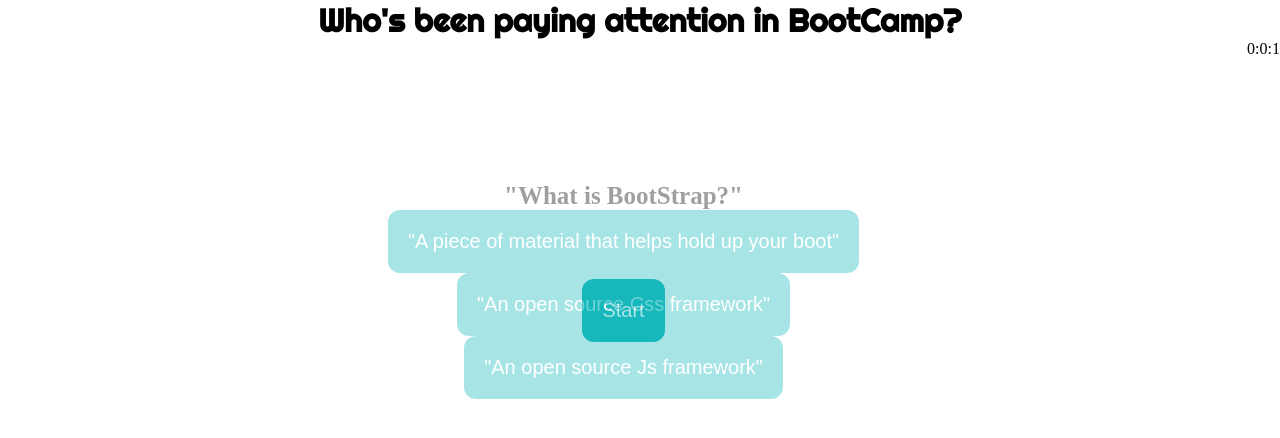
Repository: kkyler24/Quizlet
Page: Quiz.html
The author's editor kept a copy of each file at every save. The page is drawn from the files as they stood at one save, then again after the next save.
The browser window is 1280 px wide. The pictures show the whole page.
After loading, the first visible `input.startButton` was clicked once.
Some web libraries are served in a nearby version.

Above is the page before, as saved 2020-03-16 01:10:02.

### Quiz.html
<!DOCTYPE html>

<html lang="en">

<head>
    <meta charset="UTF-8">
    <meta name="viewport" content="width=device-width, initial-scale=1.0">

    <!-- font family -->
    <link href="https://fonts.googleapis.com/css2?family=Righteous&display=swap" rel="stylesheet">

    <!-- Popper -->
    <script src="https://cdnjs.cloudflare.com/ajax/libs/popper.js/1.12.9/umd/popper.min.js"
        integrity="sha384-ApNbgh9B+Y1QKtv3Rn7W3mgPxhU9K/ScQsAP7hUibX39j7fakFPskvXusvfa0b4Q"
        crossorigin="anonymous"></script>
    <!-- Myfiles -->
    <link rel="stylesheet" type="text/css" href="DevOpsFiles/Style.css">
    <title>Quiz it</title>
</head>

<header>Who's been paying attention in BootCamp?</header>

<!-- Quiz Design -->

<body>

    <div class="time"></div>
    <Div class="flex-container">
        <div id="startB">
            <input type="button" class="startButton" value="Start"/>
        </div>
        <div id="questionBoxOne" class="row" style="display: none;">
            <div class="col-md-6 col-sm-3 questionDiv">
                "What is BootStrap?"
                <div class="col-8 col-sm-6 answerA">
                    <button type="button" class="button">"A piece of material that helps hold up your
                        boot"
                    </button>
                </div>
                <div class="col-8 col-sm-6 answerA correct">
                    <button type="button" class="button">"An open source Css
                        framework"</button>
                </div>
                <div class="col-8 col-sm-6 answerA">
                    <button type="button" class="button">"An open source Js framework"</button>
                </div>
            </div>
        </div>

        <div id="questionBoxTwo" class="row" style="display: none;">
            <div class="col-md-6 col-sm-3 questionDiv">
                "Javascript is to muscles as HTML is to...?"
            </div>
                <div class="col-8 col-sm-6 answerB correct">
                    <button type="button" class="button"> IceCream"</button>
                </div>
                <div class="col-8 col-sm-6 answerB">
                    <button type="button" class="button">"Skin"</button>
                </div>
                <div class="col-8 col-sm-6 answerB">
                    <button type="button" class="button">"Skeleton"</button>
                </div>
            </div>


        <div id="questionBoxThree" class="row" style="display: none;">
            <div class="col-md-6 col-sm-3 questionDiv">
                "What does HTML stand for?"
                <div class="row">

                    <div class="col-8 col-sm-6 answerC">
                        <button type="button" class="button">"Home Tools Mark-up language" </button>

                        <div class="col-8 col-sm-6 answerC">
                            <button type="button" class="button"> "Hyper-text Mark down language "</button>

                            <div class="col-8 col-sm-6 answerC">
                                <button type="button" class="button">"Hyper-text Mark up language
                                    "</button>
                            </div>
                        </div>
                    </div>
                </div>
            </div>
        </div>

        <div id="questionBoxFour" class="row" style="display: none;">
            <div class="col-md-6 col-sm-3 questionDiv">
                "What is BootStrap?"
                <div class="row">

                    <div class="col-8 col-sm-6 answerD">
                        <button type="button" class="button">"A piece of material that helps hold
                            up your boot" </button>

                        <div class="col-8 col-sm-6 answerD">
                            <button type="button" class="button">"An open source Css
                                framework"</button>

                            <div class="col-8 col-sm-6 answerD">
                                <button id="D" type="button" class="button">"An open source Js
                                    framework"</button>
                            </div>
                        </div>
                    </div>
                </div>
            </div>
        </div>
    </Div>

    <script src="https://code.jquery.com/jquery-3.4.1.js"></script>
    <script src="DevOpsFiles/Java.js"></script>
</body>

</html>

### DevOpsFiles/Style.css
body{
    margin: auto;
    text-align: center;
    background-image: image();
  }

.flex-container {
    display: flex;
    height: 500px;
    justify-content: center;
    align-items: center;
    flex-direction: column;
  }

header{
font-family: "Righteous", cursive;
font-size: xx-large;
font-weight: bolder;

  }

#secLeft {
  position: absolute;
  top: 0.1%;
  display: block;
}

#questionBoxOne {
  position: absolute;

}

#questionBoxTwo {
  position: absolute;

}

#questionBoxThree {
  position: absolute;

}

#questionBoxFour {
  position: absolute;

}
.questionDiv{
  font-size: 25px;
  font-weight: bold;

}

.button{
background-color: rgb(22, 184, 187);
padding: 20px;
border-radius: 12px;
border: none;
color: white;
font-family:Arial, Helvetica, sans-serif;
font-size: 20PX;
}

.time{
  float: right;
  height: 100px;
  text-align: center;
}

.startButton{
  text-align: center;
  margin-top: 50%;
  background-color: rgb(22, 184, 187);
padding: 20px;
border-radius: 12px;
border: none;
color: white;
font-family:Arial, Helvetica, sans-serif;
font-size: 20PX;
}

### DevOpsFiles/Java.js

// record start time
var startTime;
function display() {
    // later record end time
    var endTime = new Date();

    // time difference in ms
    var timeDiff = endTime - startTime;

    // strip the miliseconds
    timeDiff /= 1000;

    // get seconds
    var seconds = Math.floor(timeDiff % 60);

    // remove seconds from the date
    timeDiff = Math.floor(timeDiff / 60);

    // get minutes
    var minutes = Math.round(timeDiff % 60);

    // remove minutes from the date
    timeDiff = Math.floor(timeDiff / 60);

    // get hours
    var hours = Math.round(timeDiff % 24);

    // remove hours from the date
    timeDiff = Math.floor(timeDiff / 24);

    // the rest of timeDiff is number of days
    var days = timeDiff;

    $(".time").text(hours + ":" + minutes + ":" + seconds);
    setTimeout(display, 1000);
}

$(".startButton").click(function () {
    startTime = new Date();
    setTimeout(display, 1000);
});


//   function stopTimer() {
//     secondsElapsed = 0;
//     formatTime();
//   }
//   function startTimer() {
//     if (totalSeconds > 0) {
//       secondsElapsed = 0;
//       timer = setInterval(function () {
//         secondsElapsed++;
//         formatTime();
//       }, 1000);
//     }
//     formatTime();
//   }
// };

// ---Score Code---
var totalScore = [];

function getSum(total, num) {
  return total + Math(num);
}
function myFunction(item) {
  document.getElementById("stats").innerHTML = totalScore.reduce(getSum, 0);
}



// Questions Object
var Quests = [
  {
    Q1: {
      Question: "What is BootStrap?",
      answers: ["A piece of material that helps hold up your boot", "An open source Css framework", "An open source JS framework"],
      answersCorrect: [1]

    },

    Q2: {
      Question: "HTML is to Skeleton as Javascript is to...?",
      answers: ["Muscles", "Skin", "Coffee"],
      answersCorrect: [0]
    },

    Q3: {
      Question: "What does HTML stand for?",
      answers: ["A piece of material that helps hold up your boot", "An open source Css framework", "An open source JS framework"],
      answersCorrect: [3]
    },

    Q4: {
      Question: "What is BootStrap?",
      answers: ["A piece of material that helps hold up your boot", "An open source Css framework", "An open source JS framework"],
      answersCorrect: [2]
    }
  }];


// -->Get faded code<--
$(".button").on("click", function () {
  $(".startButton").fadeout(1000, function () {
    $(this).remove();
  })
});

$(".startButton").on("click", function () {
  $("#questionBoxOne").fadeIn(3600, function () {
  })
});

$(".answerA").on("click", function () {
  $("#questionBoxOne").fadeOut(2500, function () {
    $(this).remove();
  })
});

$(".answerA").on("click", function () {
  $("#questionBoxTwo").fadeIn(3600, function () {
  })
});

$('.answerB').on('click', function () {
  $("#questionBoxTwo").fadeOut(2500, function () {
    $(this).remove();
  })
});

$(".answerB").on("click", function () {
  $("#questionBoxThree").fadeIn(3600, function () {

  })
});

$('.answerC').on('click', function () {
  $("#questionBoxThree").fadeOut(2500, function () {
    $(this).remove();
  })
});

$(".answerC").on("click", function () {
  $("#questionBoxFour").fadeIn(3500, function () {
  })
});

$('.answerD').on('click', function () {
  $("#questionBoxFour").fadeOut(2500, function () {
    $(this).remove();
  })
});

$(".answerD").on("click", function () {
    $("#stats").slideDown(3500, function () {
    })
  });

//
// var aBBox = document.getElementsByClassName("col-8 col-sm-6 answerB");
// aBBox.


// done.addEventListener("event", function(){
// $(".answerb").on("event", function(){
//   $("#questionBoxTwo").fadeOut(2000,function(){
//     $(this).remove();
// })});



//
// $("#questionBoxTwo").fadeIn(1000,function())

// fade in after (this).remove has been completed
// var buttonCheck = document.getElementsByClassName("button");
// var totalScore = "";

// button listener



// Check the buttons for correct class
// // for ( var i = 0; i > flex-container.lenght; i++) {
// //   $("button").on("click", function(){
// //     if (buttonCheck.click === button.correct){
// //         totalScore = totalScore + 25;
// //     }
// //     else {secondsElapsed + 1500};
//   }
// )}

After the next save:
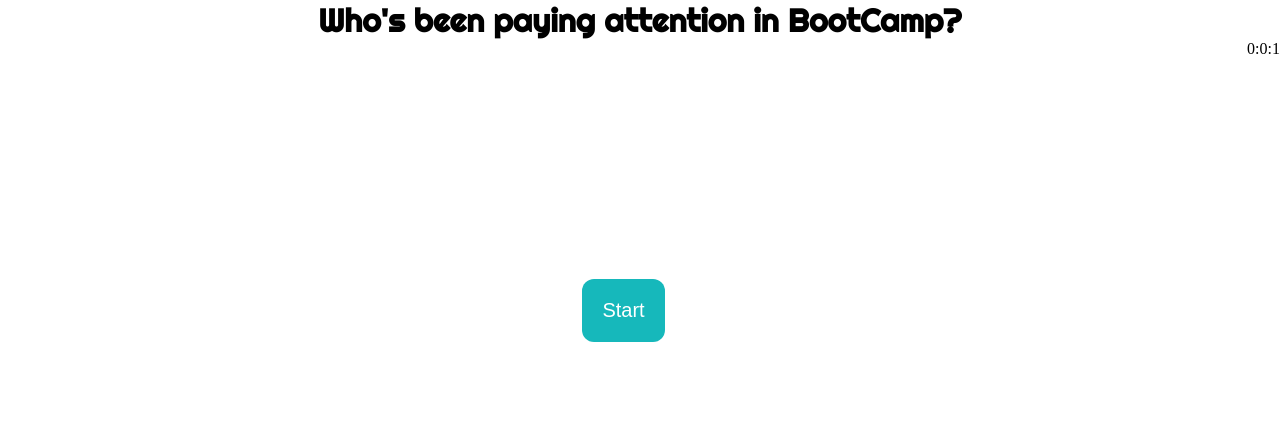
Console error: TypeError: $(...).fadeout is not a function
Saved 30 s later.
--- a/DevOpsFiles/Java.js
+++ b/DevOpsFiles/Java.js
@@ -101,8 +101,8 @@
 
 
 // -->Get faded code<--
-$(".button").on("click", function () {
-  $(".startButton").fadeout(1000, function () {
+$(".startButton").on("click", function () {
+  $(".startB").fadeout(1000, function () {
     $(this).remove();
   })
 });

After the 4 saves that followed:
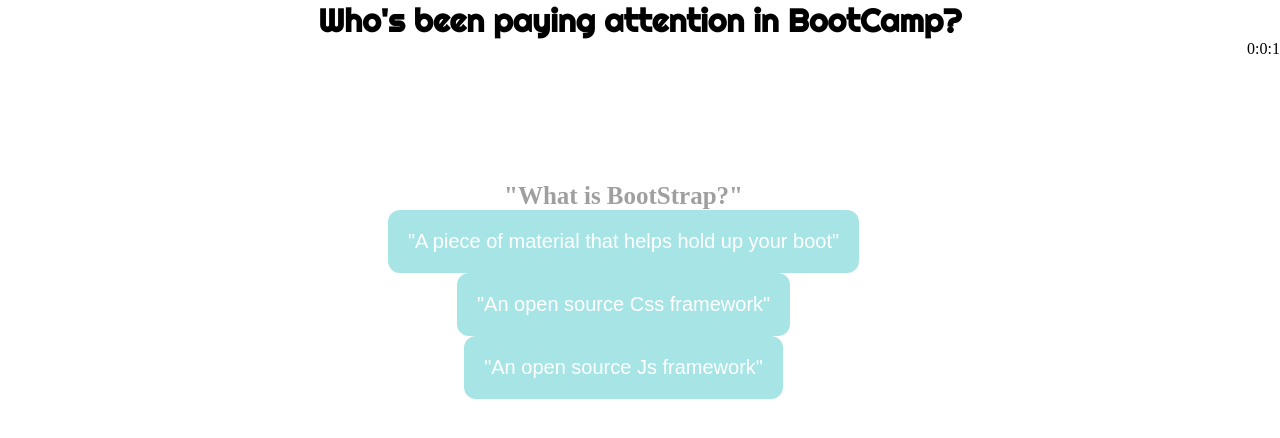
The error is gone.
The 4 saves are shown as one change because 3 left the picture as it was.
The last was saved 4 min 40 s later.
--- a/DevOpsFiles/Java.js
+++ b/DevOpsFiles/Java.js
@@ -102,7 +102,7 @@
 
 // -->Get faded code<--
 $(".startButton").on("click", function () {
-  $(".startB").fadeout(1000, function () {
+  $("#startB").fadeOut(1000, function () {
     $(this).remove();
   })
 });
